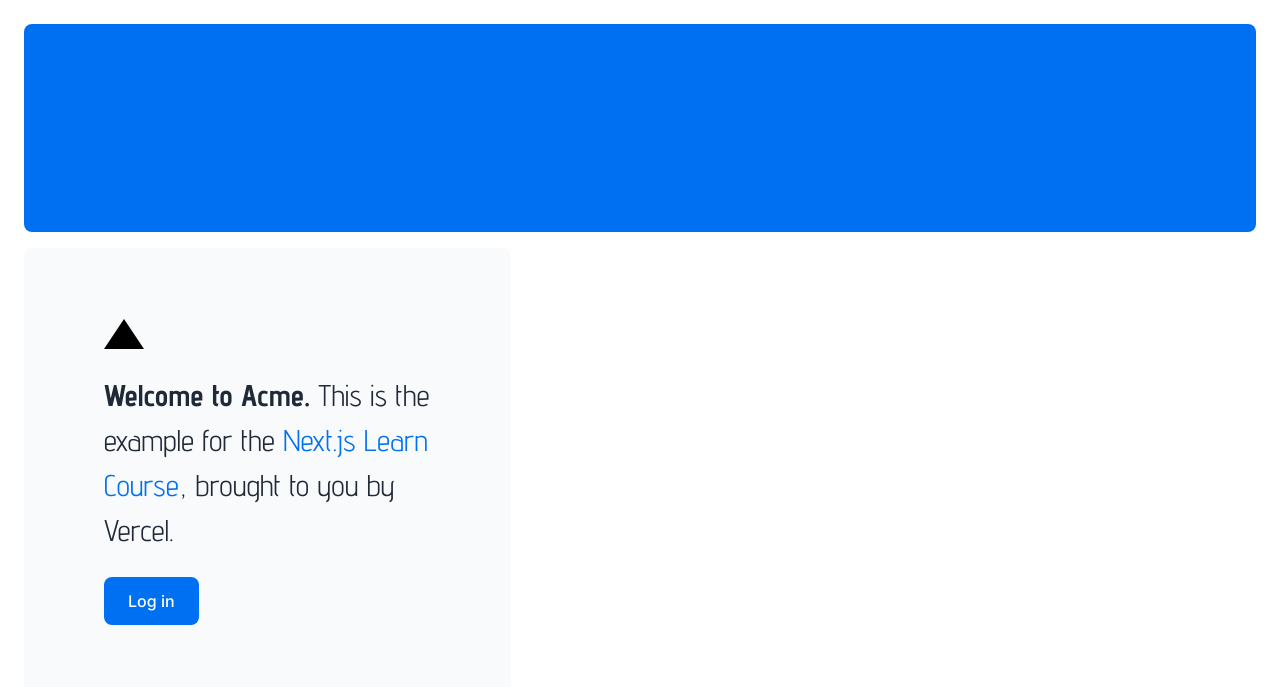
Repository: julietsawyerr/nextjs-dashboard
Page: /
The author's editor kept a copy of each file at every save. The page is drawn from the files as they stood at one save, then again after a run of saves.
The browser window is 1280 px wide. The pictures show the whole page.
Some web fonts or font styles are not loaded; a fallback is used. The project was rebuilt for these pictures with package versions that can differ from the ones it lists, and the page was loaded fresh each time. The framework's server and built-in components were replaced by stand-ins that run in the browser. Also part of the build but not shown: next.config.js.

Above is the page before, as saved 2023-11-06 13:39:23.

After the next 4 saves:
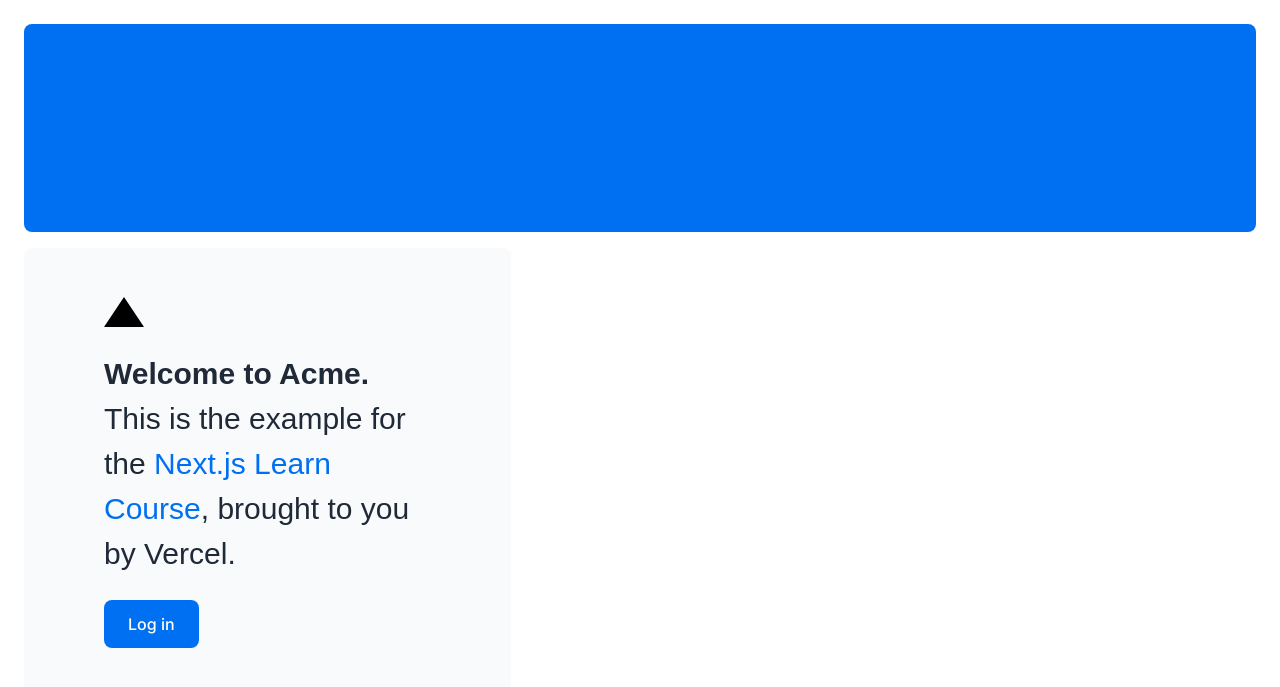
The 4 saves are shown as one change because 1 did not build or start and some came seconds apart.
The last was saved 5 min 22 s later.
--- a/app/page.tsx
+++ b/app/page.tsx
@@ -1,7 +1,7 @@
 import AcmeLogo from '@/app/ui/acme-logo';
 
 import Link from 'next/link';
-import {advent} from '@/app/ui/fonts';
+import {lusitana} from '@/app/ui/fonts';
 
 export default function Page() {
   return (
@@ -14,7 +14,7 @@ export default function Page() {
 
         <div className="h-0 w-0 border-b-[30px] border-l-[20px] border-r-[20px] border-b-black border-l-transparent border-r-transparent"/>
 
-          <p className={`${advent.className} antialiased text-xl text-gray-800 md:text-3xl md:leading-normal`}>
+          <p className={`${lusitana.className} antialiased text-xl text-gray-800 md:text-3xl md:leading-normal`}>
             <strong>Welcome to Acme.</strong> This is the example for the{' '}
             <a href="https://nextjs.org/learn/" className="text-blue-500">
               Next.js Learn Course
